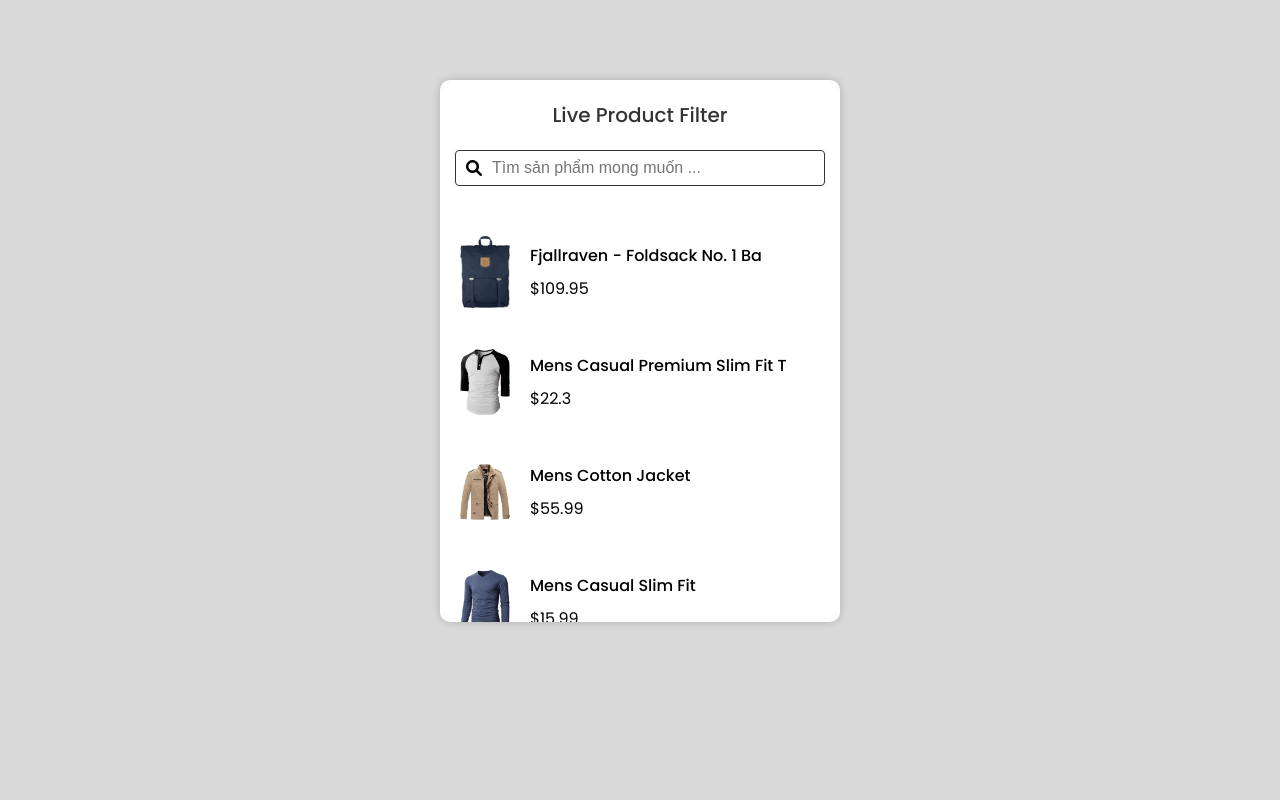
Repository: huannt2001/live-product-filter
Page: index.html
An editor plug-in stored every save of this project. The page is shown before and after the next save, followed by the edit.
The browser window is 1280 px wide. The pictures show the whole page.

Above is the page before, as saved 2022-01-08 10:37:08.

After the next save:
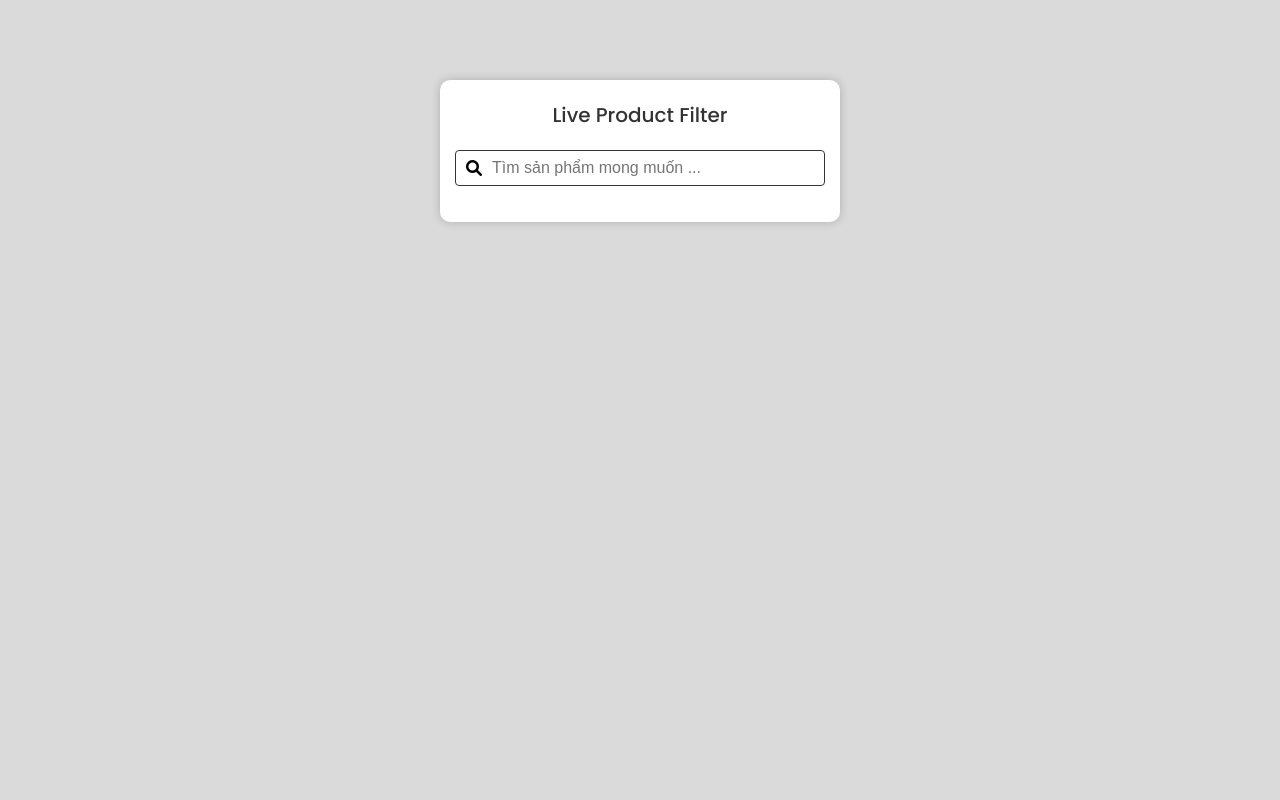
Saved 2 h 39 min later.
--- a/index.html
+++ b/index.html
@@ -27,7 +27,7 @@
         </div>
 
         <div class="product-list">
-            <div class="product__item">
+            <!-- <div class="product__item">
                 <img src="./img/img1.jpg" alt="" class="product__item-image">
                 <div class="product__item-desc">
                     <h4 class="product__item-name">Fjallraven - Foldsack No. 1 Ba</h4>
@@ -166,7 +166,7 @@
                     <h4 class="product__item-name">DANVOUY Womens T Shirt Casual</h4>
                     <div class="product__item-price">$12.99</div>
                 </div>
-            </div>
+            </div> -->
         </div>
     </div>
 
